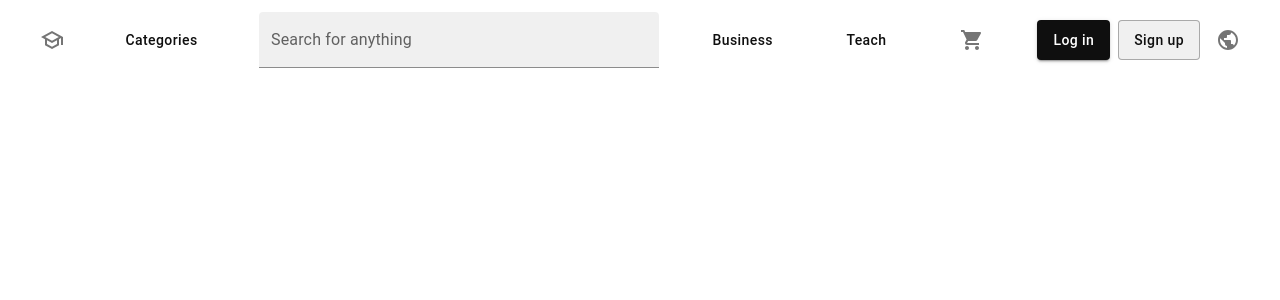
Repository: princ3-web/academy
Page: /
These files come from the project's save history. The page is drawn as it stood at one moment and after a run of saves; the edit follows.
The browser window is 1280 px wide. The pictures show the whole page.
The project was rebuilt for these pictures with package versions that can differ from the ones it lists, and the page was loaded fresh each time. Also part of the build but not shown: vite.config.js, src/pages/Courses.jsx, src/pages/Business.jsx, src/pages/Teach.jsx.

Above is the page before, as saved 2023-07-04 11:04:29.

### src/main.jsx
import React from "react";
import ReactDOM from "react-dom/client";
import App from "./App.jsx";
import "./index.css";
import { BrowserRouter } from "react-router-dom";


ReactDOM.createRoot(document.getElementById("root")).render(
  <React.StrictMode>
      <BrowserRouter>
        <App />
      </BrowserRouter>
  </React.StrictMode>
);

### src/App.jsx
import { useState } from "react";
import "./css/App.module.css";
import { Route, Routes } from "react-router-dom";
import Home from "./pages/Home";
import Courses from "./pages/Courses";
import Business from "./pages/Business";
import Teach from "./pages/Teach";
import Navbar from "./components/Navbar";
import { ThemeProvider, createTheme } from "@mui/material/styles";

const theme = createTheme({
  palette: {
    primary: {
      main: "rgba(100, 100, 100, 1)",
      light: "rgba(240, 240, 240, 1)",
      dark: "rgba(15, 15, 15, 1)",
    },
  },
});

function App() {
  return (
    <>
      <ThemeProvider theme={theme}>
        <Navbar />
        <Routes>
          <Route path="/" element={<Home />} />
          <Route path="/Courses" element={<Courses />} />
          <Route path="/Business" element={<Business />} />
          <Route path="/Teach" element={<Teach />} />
        </Routes>
      </ThemeProvider>
    </>
  );
}

export default App;

### src/css/App.module.css
  @import url('https://fonts.googleapis.com/css2?family=Lato&display=swap');

  body{
    font-family: 'Lato', sans-serif;
    margin: 0;
    padding: 0;
  }

### src/pages/Home.jsx
import React from "react";


import ImageSlider from "../components/ImageSlider";

const Home = () => {
  return (
    <div>
      <ImageSlider />
    </div>
  );
};

export default Home;

### src/components/Navbar.jsx
import React from "react";
import navbarStyles from "../css/Navbar.module.css";
import logo from "../assets/icons/logo.png";
import glass from "../assets/icons/glass.png";
import cart from "../assets/icons/cart.png";
import language from "../assets/icons/language.png";
import Button from "@mui/material/Button";
import IconButton from "@mui/material/IconButton";
import ShoppingCartIcon from "@mui/icons-material/ShoppingCart";
import PublicOutlinedIcon from "@mui/icons-material/PublicOutlined";
import SchoolOutlinedIcon from "@mui/icons-material/SchoolOutlined";
import { TextField } from "@mui/material";

const Navbar = () => {
  return (
    <div className={navbarStyles.navbar}>
      <IconButton>
        <SchoolOutlinedIcon />
      </IconButton>
      <Button variant="text" sx={{ color: "primary.dark", textTransform: "none", mr: 1 }}>
        Categories
      </Button>
      <TextField id="standard-basic" label="Search for anything" variant="filled" sx={{ width: "400px" }} />
      <Button variant="text" sx={{ color: "primary.dark", textTransform: "none", mr: 1 }}>
        Business
      </Button>
      <Button variant="text" sx={{ color: "primary.dark", textTransform: "none", mr: 1 }}>
        Teach
      </Button>
      <IconButton>
        <ShoppingCartIcon />
      </IconButton>
      <div className={navbarStyles.buttons}>
        <Button variant="contained" sx={{ backgroundColor: "primary.dark", textTransform: "none", mr: 1 }}>
          Log in
        </Button>
        <Button
          variant="outlined"
          sx={{ backgroundColor: "primary.light", textTransform: "none", color: "primary.dark", mr: 1 }}
        >
          Sign up
        </Button>
        <IconButton>
          <PublicOutlinedIcon />
        </IconButton>
      </div>
    </div>
  );
};

export default Navbar;

### src/components/ImageSlider.jsx
import React, { useState, useEffect } from "react";
import imageSliderStyles from "../css/ImageSlider.module.css";
import image0 from "../assets/images/image0.webp";
import image1 from "../assets/images/image1.webp";
import image2 from "../assets/images/image2.webp";
import image3 from "../assets/images/image3.webp";
import Carousel from "react-material-ui-carousel";
import Box from '@mui/material/Box';


const ImageSlider = () => {

  var slides = [
    {
      name: "Random Name #1",
      description: "Probably the most random thing you have ever seen!",
      image: image0,
    },
    {
      name: "Random Name #2",
      description: "Hello World!",
      image: image1,
    },
    {
      name: "Random Name #2",
      description: "Hello World!",
      image: image2,
    },
    {
      name: "Random Name #2",
      description: "Hello World!",
      image: image3,
    },
  ];

  return (
  <div className={imageSliderStyles.slider}>
    <div className={imageSliderStyles.slide}></div>
  </div>
  );
};

export default ImageSlider;

### src/css/Navbar.module.css
.navbar {
  display: flex;
  align-items: center;
  justify-content: space-between;
  box-sizing: border-box;
  padding-inline: 2rem;
  background-color: var(--gray-50);
  height: 5rem;
  width: 100%;
}


.buttons {
  display: flex;
}

### src/css/ImageSlider.module.css
.slider {
  position: relative;
  overflow: hidden;
  display: flex;
  left: 0%;
  width: 100%;
  height: 80vh;
}

.arrows {
  display: flex;
  justify-content: space-between;
  align-items: center;
  align-self: center;
  position: absolute;
  z-index: 1;
  width: 95%;
  left: 2.5%;
}

.arrow {
  height: 3rem;
  cursor: pointer;
}

.slide{
  height: 80vh;
  justify-content: center;
  align-content: center;
}

.image {
  position: absolute;
  width: 100%;
  height: 100%;
  object-fit: cover;
}

Loaded but not shown: index.html (common file); src/index.css (no stored copy; drawn as an empty file)

After the next 16 saves:
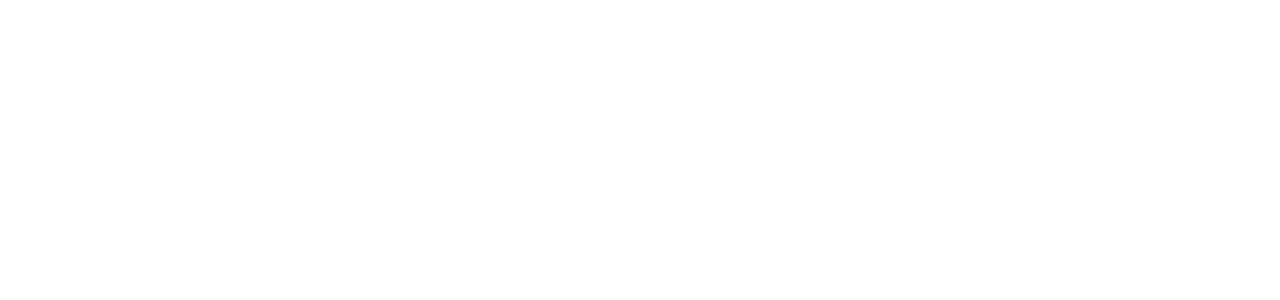
Console error: ReferenceError: item is not defined
The 16 saves are shown as one change because 1 did not build or start and some came seconds apart.
The last was saved 63 s later.
--- a/src/components/ImageSlider.jsx
+++ b/src/components/ImageSlider.jsx
@@ -5,11 +5,9 @@
 import image2 from "../assets/images/image2.webp";
 import image3 from "../assets/images/image3.webp";
 import Carousel from "react-material-ui-carousel";
-import Box from '@mui/material/Box';
-
+import Box from "@mui/material/Box";
 
 const ImageSlider = () => {
-
   var slides = [
     {
       name: "Random Name #1",
@@ -34,9 +32,11 @@
   ];
 
   return (
-  <div className={imageSliderStyles.slider}>
-    <div className={imageSliderStyles.slide}></div>
-  </div>
+    <div className={imageSliderStyles.slider}>
+      {slides.map(item, (n) => (
+        <div className={imageSliderStyles.slide}></div>
+      ))}
+    </div>
   );
 };
 

After the 2 saves that followed:
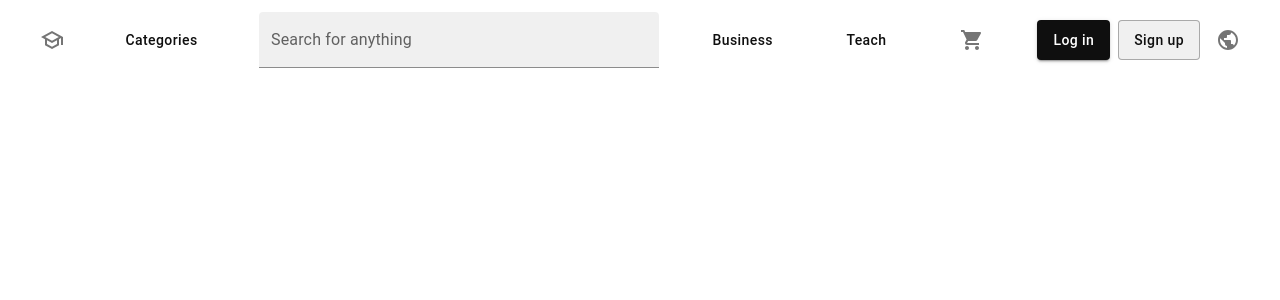
The error is gone.
The 2 saves are shown as one change because 1 did not build or start.
The last was saved 33 s later.
--- a/src/components/ImageSlider.jsx
+++ b/src/components/ImageSlider.jsx
@@ -33,7 +33,7 @@
 
   return (
     <div className={imageSliderStyles.slider}>
-      {slides.map(item, (n) => (
+      {slides.map((item, n) => (
         <div className={imageSliderStyles.slide}></div>
       ))}
     </div>
